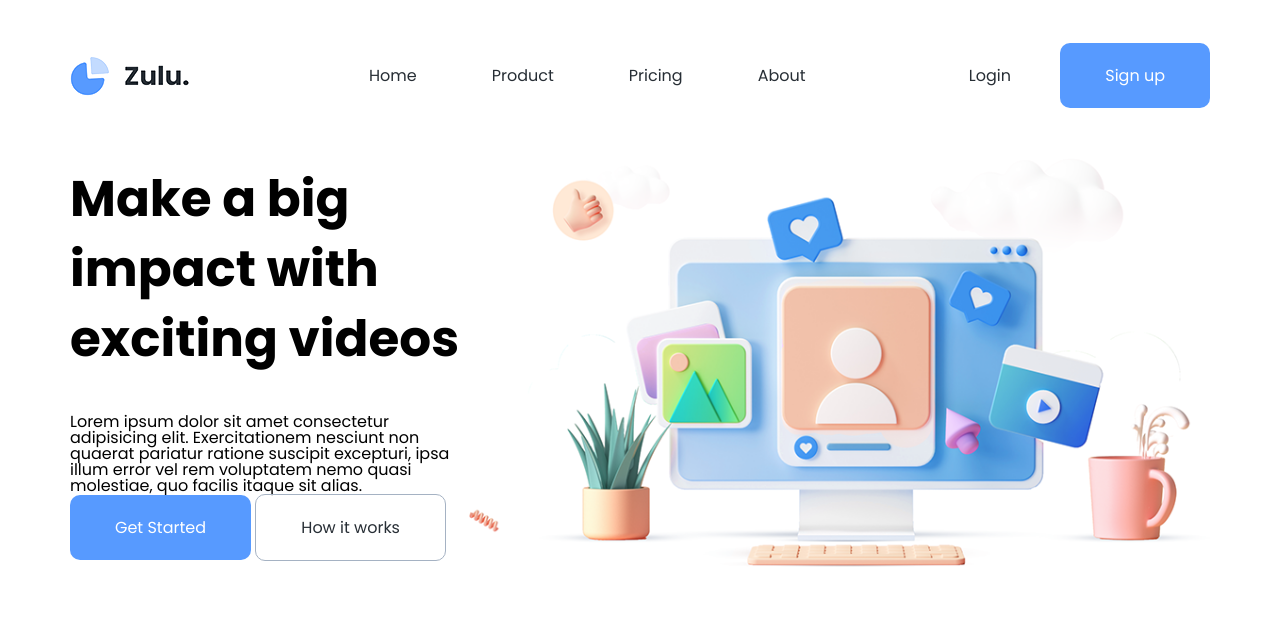
Repository: baodien1405/zulu-landing-page
Page: index.html
These files come from the project's save history. The page is drawn as it stood at one moment and after the next save; the edit follows.
The browser window is 1280 px wide. The pictures show the whole page.
The style sheet was rebuilt from its Sass, Less or Tailwind sources for each picture, by a compiler version that may differ from the author's.

Above is the page before, as saved 2021-06-22 15:49:40.

After the next save:
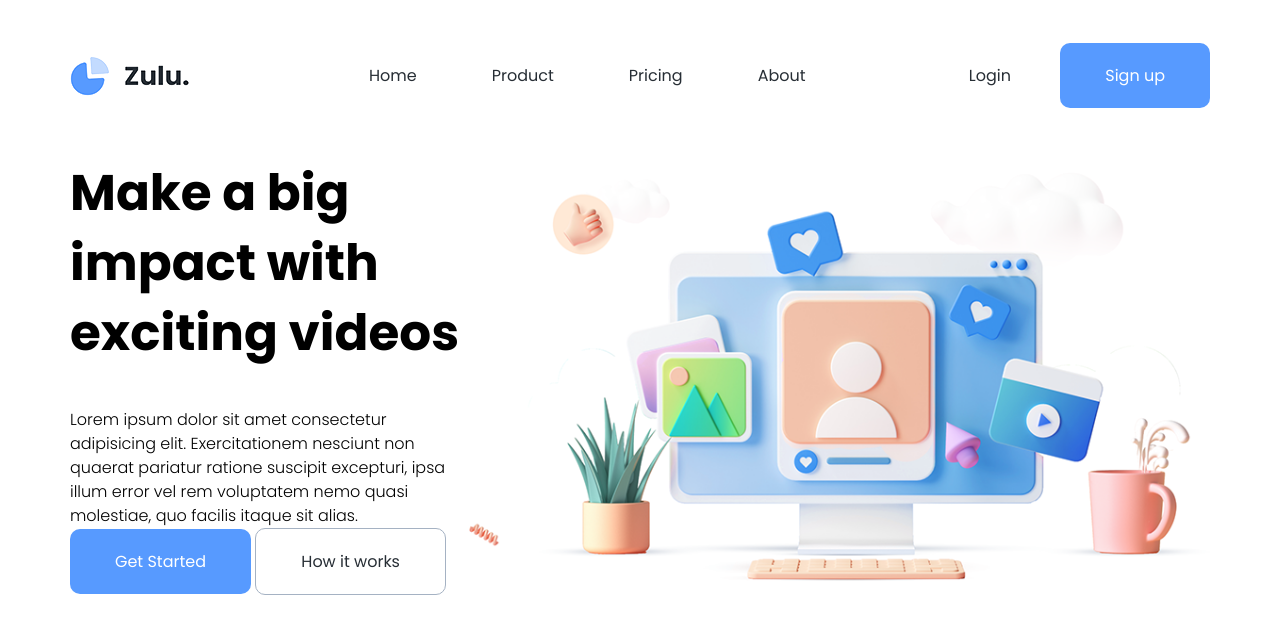
Saved 34 s later.
--- a/_banner.scss
+++ b/_banner.scss
@@ -16,4 +16,9 @@
     line-height: 1.4;
     margin-bottom: 40px;
   }
+
+  &-desc {
+    font-weight: 300;
+    line-height: 1.5;
+  }
 }
